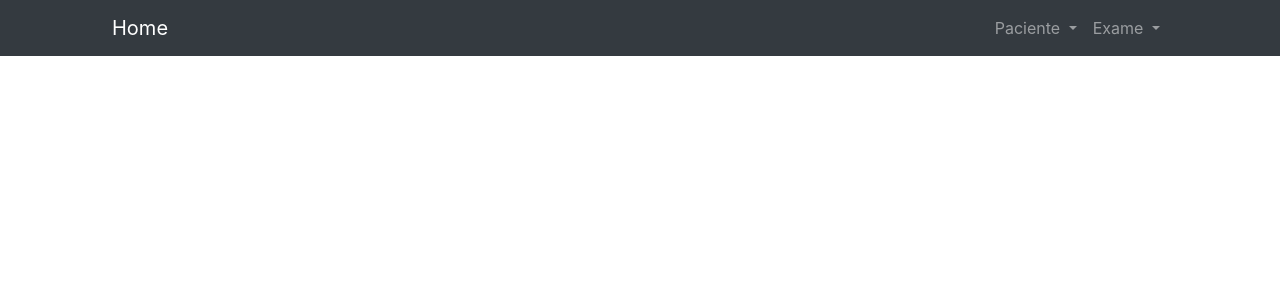
Repository: noobDevPRB/struts2_project
Page: http://localhost/Projeto_SOCTest/
These files come from the project's save history. The page is drawn as it stood at one moment and after the next save; the edit follows.
The browser window is 1280 px wide. The pictures show the whole page.
The page is served by Tomcat 9. Nobody is signed in. The application's start-up code is not run. Other server files are loaded and not shown.

Above is the page before, as saved 2020-10-17 17:33:24.

### Projeto_SOCTest/WebContent/index.jsp
<%@ page language="java" contentType="text/html; charset=ISO-8859-1" pageEncoding="ISO-8859-1"%>


<!DOCTYPE html>
<html>
<head>
	<!-- Required meta tags -->
	<meta charset="utf-8">
	<meta name="viewport" content="width=device-width, initial-scale=1, shrink-to-fit=no">

	<!-- Bootstrap CSS -->
	<link rel="stylesheet" href="https://stackpath.bootstrapcdn.com/bootstrap/4.4.1/css/bootstrap.min.css">

	<title>Soc Teste</title>
</head>
<body>
	<nav class="navbar navbar-expand-lg navbar-dark bg-dark">
		<a class="navbar-brand pl-5 ml-5" href="http://localhost:8080/Projeto_SOCTest/">Home</a>

		<div class="collapse navbar-collapse" id="navbarSupportedContent">
			<ul class="navbar-nav ml-auto pr-5 mr-5">
				<li class="nav-item dropdown">
					<a class="nav-link dropdown-toggle" href="#" id="navbarDropdown" role="button" data-toggle="dropdown" aria-haspopup="true" aria-expanded="false">
					Paciente
					</a>
					<div class="dropdown-menu" aria-labelledby="navbarDropdown">
						<a class="dropdown-item" href="http://localhost:8080/Projeto_SOCTest/navegarCadastroPaciente">Cadastro</a>
						<a class="dropdown-item" href="http://localhost:8080/Projeto_SOCTest/listarPaciente">Listagem</a>
					</div>
				</li>
				<li class="nav-item dropdown">
					<a class="nav-link dropdown-toggle" href="#" id="navbarDropdown" role="button" data-toggle="dropdown" aria-haspopup="true" aria-expanded="false">
					Exame
					</a>
					<div class="dropdown-menu" aria-labelledby="navbarDropdown">
						<a class="dropdown-item" href="http://localhost:8080/Projeto_SOCTest/cadastrarExames">Cadastro</a>
						<a class="dropdown-item" href="http://localhost:8080/Projeto_SOCTest/listarExames">Listagem</a>
					</div>
				</li>
			</ul>
		</div>
	</nav>
<!-- Bootstrap Scripts -->
<script src="https://code.jquery.com/jquery-3.4.1.slim.min.js"></script>
<script src="https://cdn.jsdelivr.net/npm/popper.js@1.16.0/dist/umd/popper.min.js"></script>
<script src="https://stackpath.bootstrapcdn.com/bootstrap/4.4.1/js/bootstrap.min.js"></script>
</body>
</html>

After the next save:
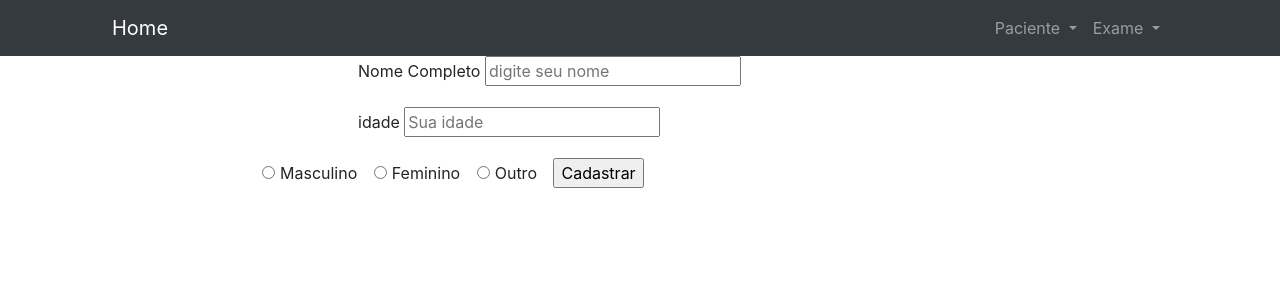
Saved 40 min 16 s later.
--- a/Projeto_SOCTest/WebContent/index.jsp
+++ b/Projeto_SOCTest/WebContent/index.jsp
@@ -40,6 +40,37 @@
 			</ul>
 		</div>
 	</nav>
+	<div class="container">
+		<div class="row">
+			<div class="col-sm px-5 mx-5">
+				<form class="px-5 mx-5" action="cadastrarPaciente"method="post">
+					<div class="form-group px-5 mx-5">
+						<label>Nome Completo</label>
+						<input type="text" required="required" pattern="[a-z\s]+$" maxlength="40" placeholder="digite seu nome" name="paciente.nm_cmplt">
+					</div>
+					<div class="form-group px-5 mx-5">
+						<label for="formGroupExampleInput2">idade</label>
+						<input type="number" required="required" placeholder="Sua idade" name="paciente.idade">
+					</div>
+
+					<div class="form-check form-check-inline">
+						<input class="form-check-input" type="radio" name="paciente.genero" value="masculino">
+						<label class="form-check-label" for="inlineRadio1">Masculino</label>
+					</div>
+					<div class="form-check form-check-inline">
+						<input class="form-check-input" type="radio" name="paciente.genero" value="feminino">
+						<label class="form-check-label" for="inlineRadio2">Feminino</label>
+					</div>
+					<div class="form-check form-check-inline">
+						<input class="form-check-input" type="radio" name="paciente.genero" value="outro">
+						<label class="form-check-label" for="inlineRadio3">Outro</label>
+					</div>
+
+					<input type="submit" value="Cadastrar">
+				</form>
+			</div>
+		</div>
+	</div>
 <!-- Bootstrap Scripts -->
 <script src="https://code.jquery.com/jquery-3.4.1.slim.min.js"></script>
 <script src="https://cdn.jsdelivr.net/npm/popper.js@1.16.0/dist/umd/popper.min.js"></script>
